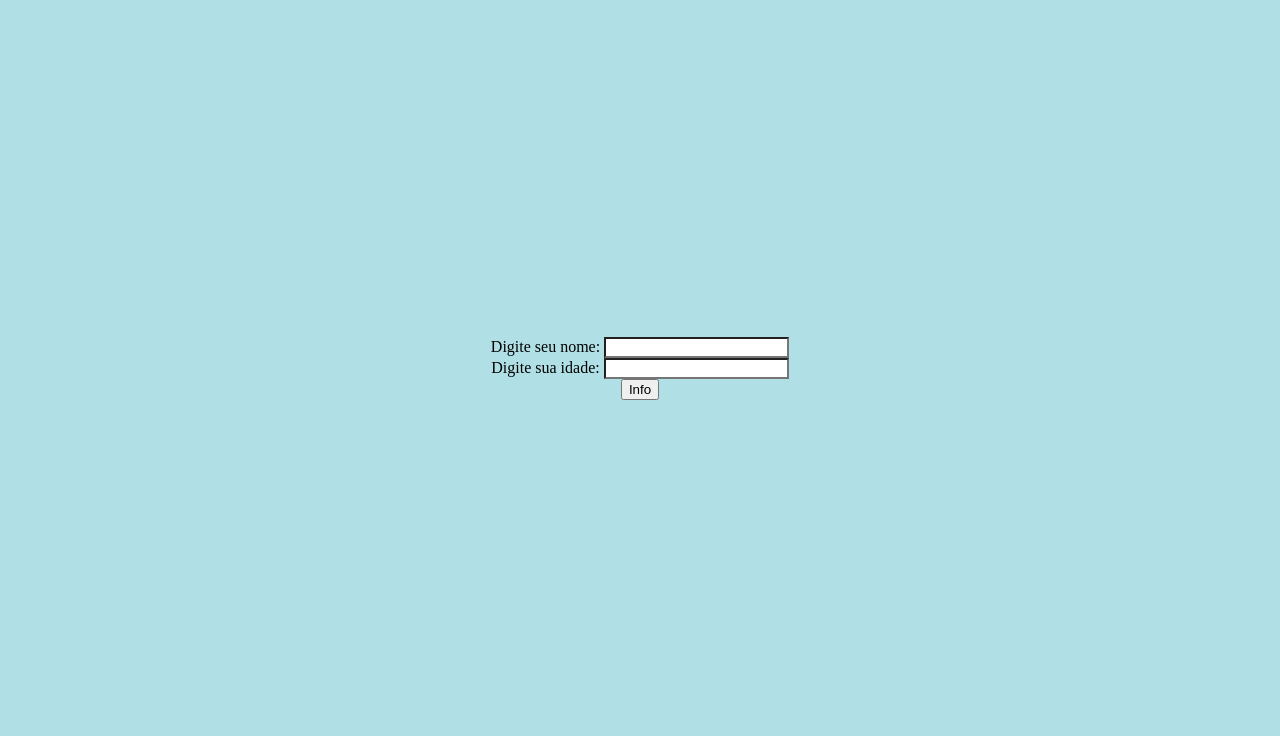
Repository: luiz123098/Sobre-mim-em-HTM-CSS
Page: estudosHtmlCss.html
These files come from the project's save history. The page is drawn as it stood at one moment and after the next save; the edit follows.
The browser window is 1280 px wide. The pictures show the whole page.

Above is the page before, as saved 2023-03-03 14:22:37.

### estudosHtmlCss.html
<!DOCTYPE html>
<html lang="pt-br">
<head>
    <meta charset="UTF-8">
    <meta http-equiv="X-UA-Compatible" content="IE=edge">
    <meta name="viewport" content="width=device-width, initial-scale=1.0">
    <title>Document</title>
    <style>
        body {
            display: flex;
            align-items: center;
            justify-content: center;
            height: 100vh;
            background-color: powderblue;
        }

        .buttom{
            margin: 0;
            background-color: white;
            color: black;
            justify-content: center;
        }
    </style>
</head>
<body>
    <rich:column style="text-align: center;">
        <label>Digite seu nome:</label>
        <input class="buttom" id="botaoCssEditado">

        <br>

        <label>Digite sua idade:</label>
        <input class="buttom" id="botaoCssEditado2">

        <br>
        <button class="button is-info">Info</button>
    </rich:column>
</body>
</html>

After the next save:
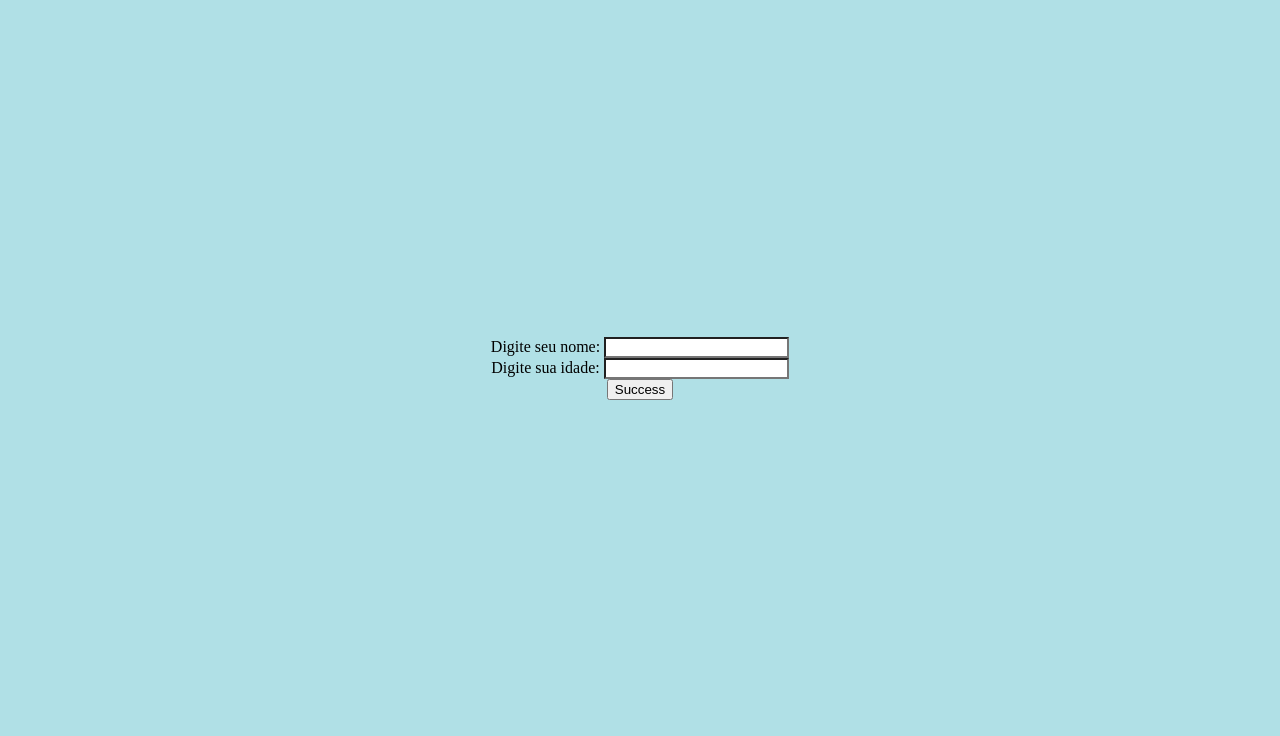
Saved 97 s later.
--- a/estudosHtmlCss.html
+++ b/estudosHtmlCss.html
@@ -33,7 +33,7 @@
         <input class="buttom" id="botaoCssEditado2">
 
         <br>
-        <button class="button is-info">Info</button>
+        <button class="button is-success">Success</button>
     </rich:column>
 </body>
 </html>
